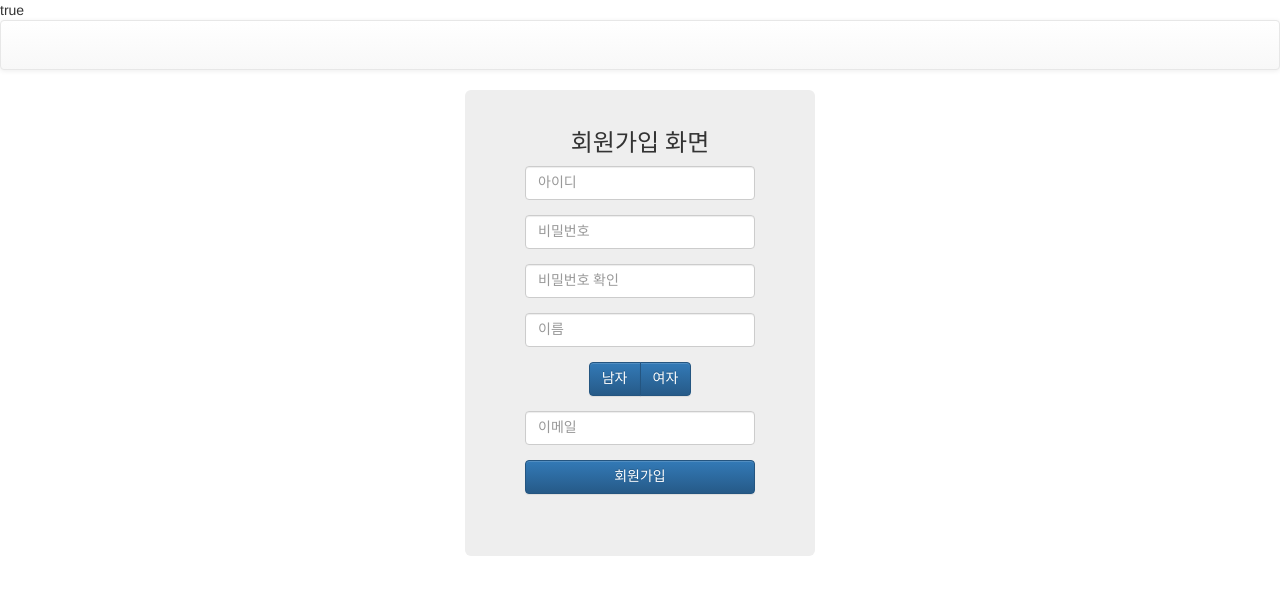
Repository: Seok7975/Project_PlannerSharingBoard
Page: http://localhost/ToDoList공유_게시판_ver3/joinAndLogin/join.jsp
The author's editor kept a copy of each file at every save. The page is drawn from the files as they stood at one save, then again after the next save.
The browser window is 1280 px wide. The pictures show the whole page.
Some web fonts or font styles are not loaded; a fallback is used. Some web libraries are served in a nearby version. The page is served by Tomcat 9. Queries for data that is not in the repository find no rows.

Above is the page before, as saved 2024-07-03 05:53:23.

After the next save:
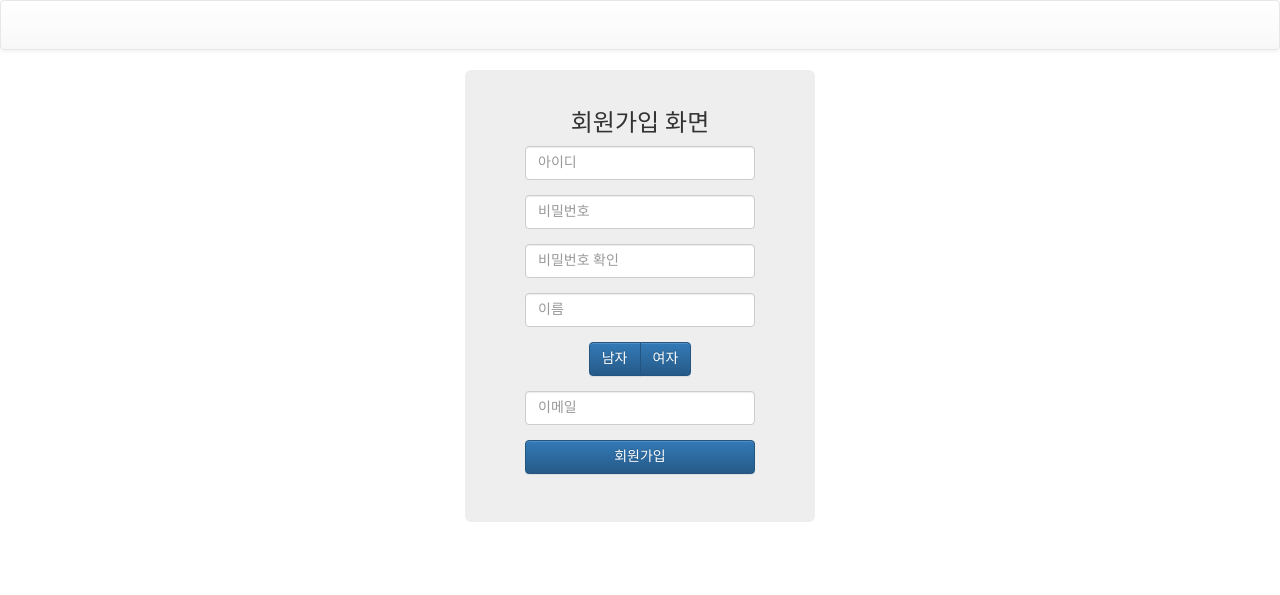
Saved 10 min 36 s later.
--- a/List_Projects_ver3/ToDoList공유 게시판_ver3/src/main/webapp/joinAndLogin/join.jsp
+++ b/List_Projects_ver3/ToDoList공유 게시판_ver3/src/main/webapp/joinAndLogin/join.jsp
@@ -1,36 +1,9 @@
 <%@ page language="java" contentType="text/html; charset=UTF-8"
     pageEncoding="UTF-8"%>
-<%@ page import="java.sql.*" %>
-<%
-    String userID = request.getParameter("userID");
-    Connection conn = null;
-    PreparedStatement pstmt = null;
-    ResultSet rs = null;
-
-    String dbURL = "jdbc:mysql://localhost:3306/YOUR_DATABASE";
-    String dbID = "YOUR_DB_ID";
-    String dbPassword = "YOUR_DB_PASSWORD";
-
-    try {
-        Class.forName("com.mysql.cj.jdbc.Driver");
-        conn = DriverManager.getConnection(dbURL, dbID, dbPassword);
-        String SQL = "SELECT * FROM users WHERE userID = ?";
-        pstmt = conn.prepareStatement(SQL);
-        pstmt.setString(1, userID);
-        rs = pstmt.executeQuery();
-        if(rs.next()) {
-            response.getWriter().write("false");
-        } else {
-            response.getWriter().write("true");
-        }
-    } catch (Exception e) {
-        e.printStackTrace();
-    } finally {
-        try { if(rs != null) rs.close(); } catch (Exception e) { e.printStackTrace(); }
-        try { if(pstmt != null) pstmt.close(); } catch (Exception e) { e.printStackTrace(); }
-        try { if(conn != null) conn.close(); } catch (Exception e) { e.printStackTrace(); }
-    }
-%>
+<%@ page import="java.io.PrintWriter" %>
+<%@ page import="bbs.BbsDAO" %>
+<%@ page import="bbs.Bbs" %>
+<%@ page import="java.util.ArrayList" %>
 
 <!DOCTYPE html>
 <html>
